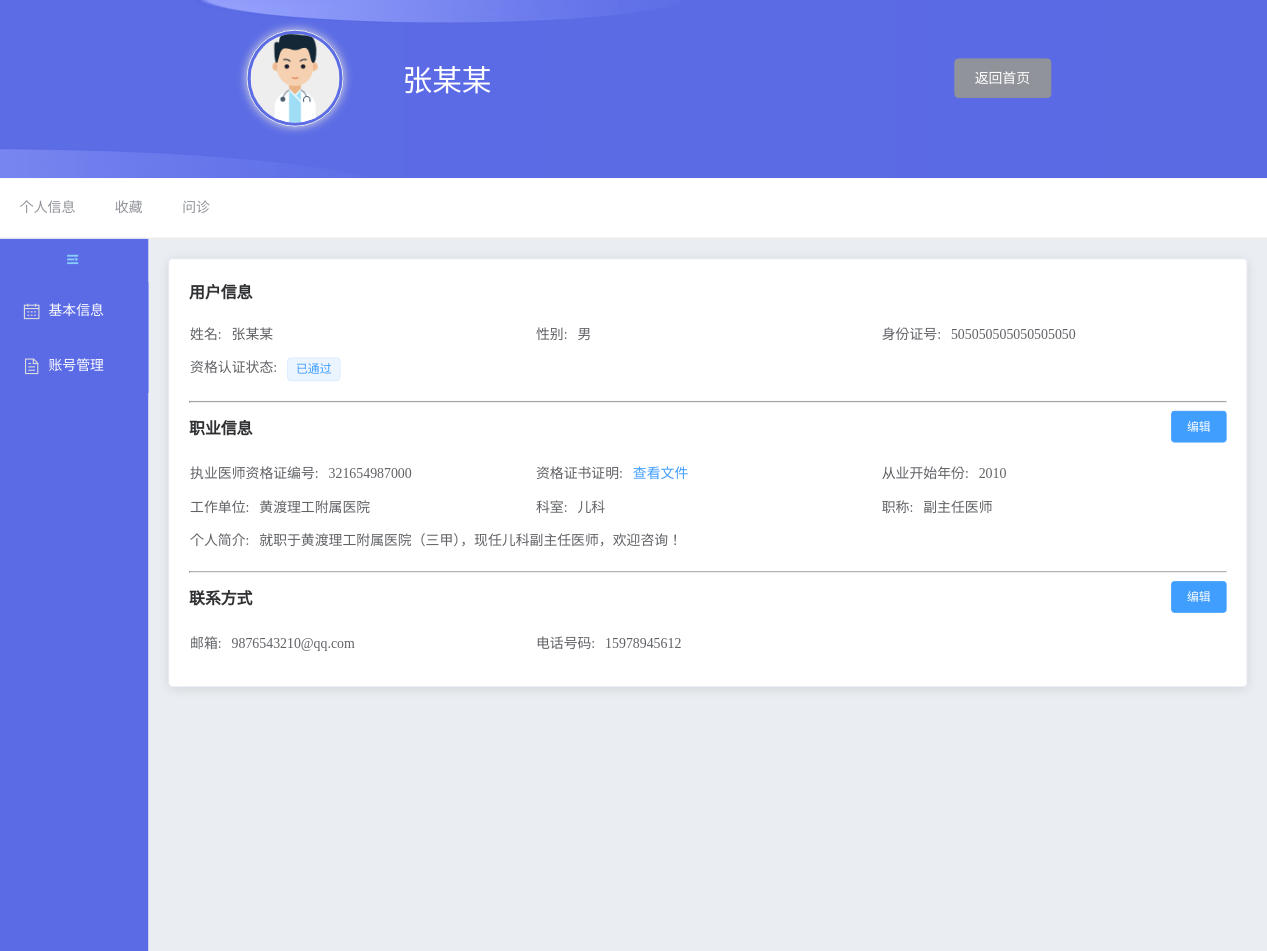
Repository: DiscreteL/SOA_Front
Page: /#/userhome2
These files come from the project's save history. The page is drawn as it stood at one moment and after the next save; the edit follows.
The browser window is 1280 px wide. The pictures show the whole page, at 99% of full size.
The project was rebuilt for these pictures with package versions that can differ from the ones it lists, and the page was loaded fresh each time. Also part of the build but not shown: vue.config.js, src/components/navigation.vue, src/components/dialog.vue, src/views/news.vue, src/components/announcement.vue, src/components/patientKnow.vue, src/views/Home.vue, src/views/login.vue and 15 more.

Above is the page before, as saved 2021-11-29 10:30:43.

After the next save:
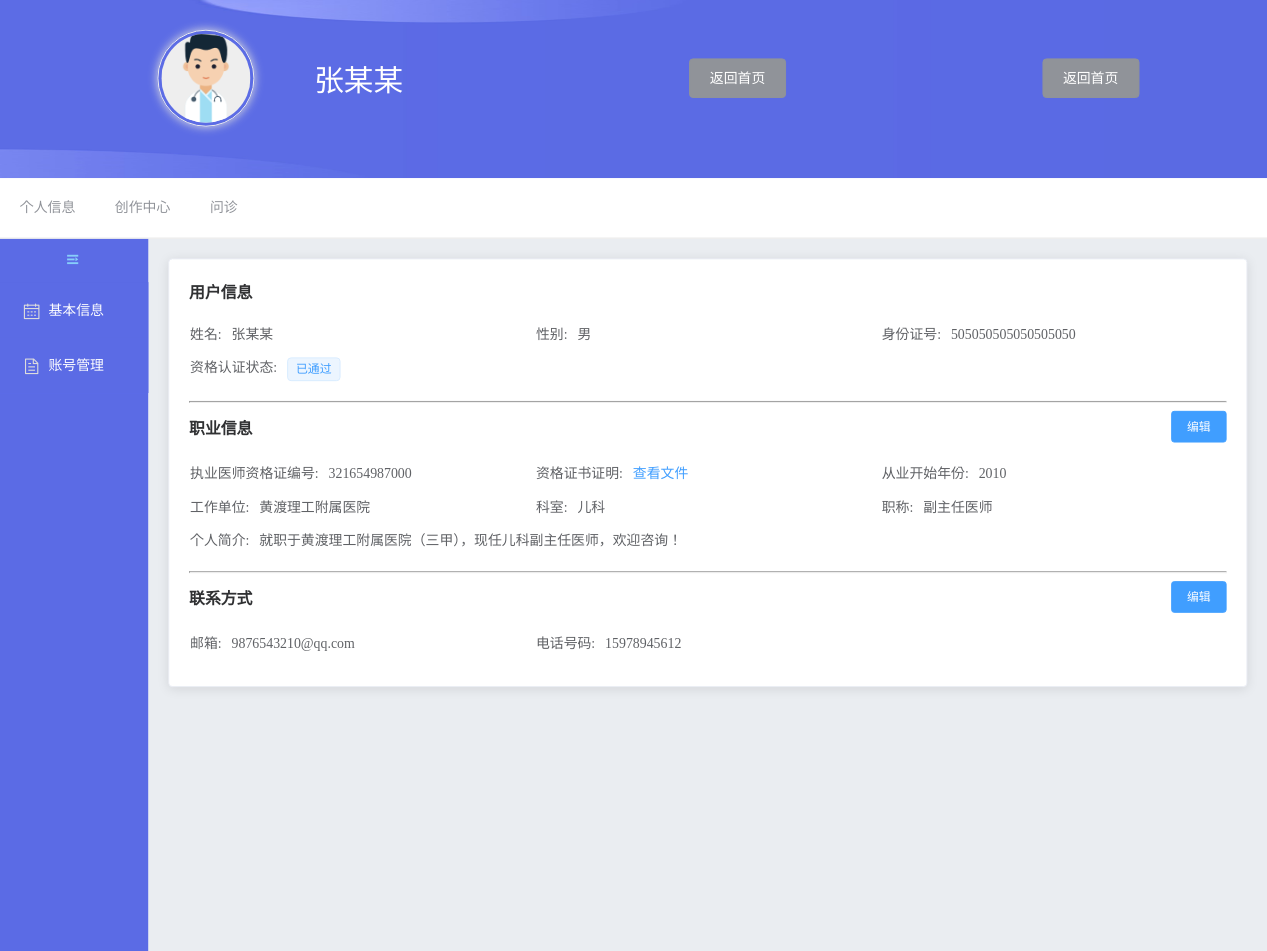
Saved 60 s later.
--- a/src/components/userhomenav2.vue
+++ b/src/components/userhomenav2.vue
@@ -18,6 +18,9 @@
           >
             {{ userName }}<br />
           </div>
+        </div>
+        <div>
+          <el-button type="info" @click="returnhome">返回首页</el-button>
         </div>
         <div>
           <el-button type="info" @click="returnhome">返回首页</el-button>
@@ -50,7 +53,7 @@ export default {
       userName: "张某某",
       navList: [
         { name: "/userHome2", navItem: "个人信息" },
-        { name: "/collection", navItem: "收藏" },
+        { name: "/message", navItem: "创作中心" },
         { name: "/consult", navItem: "问诊" },
         // { name: "/help", navItem: "帮助中心" },
       ],
